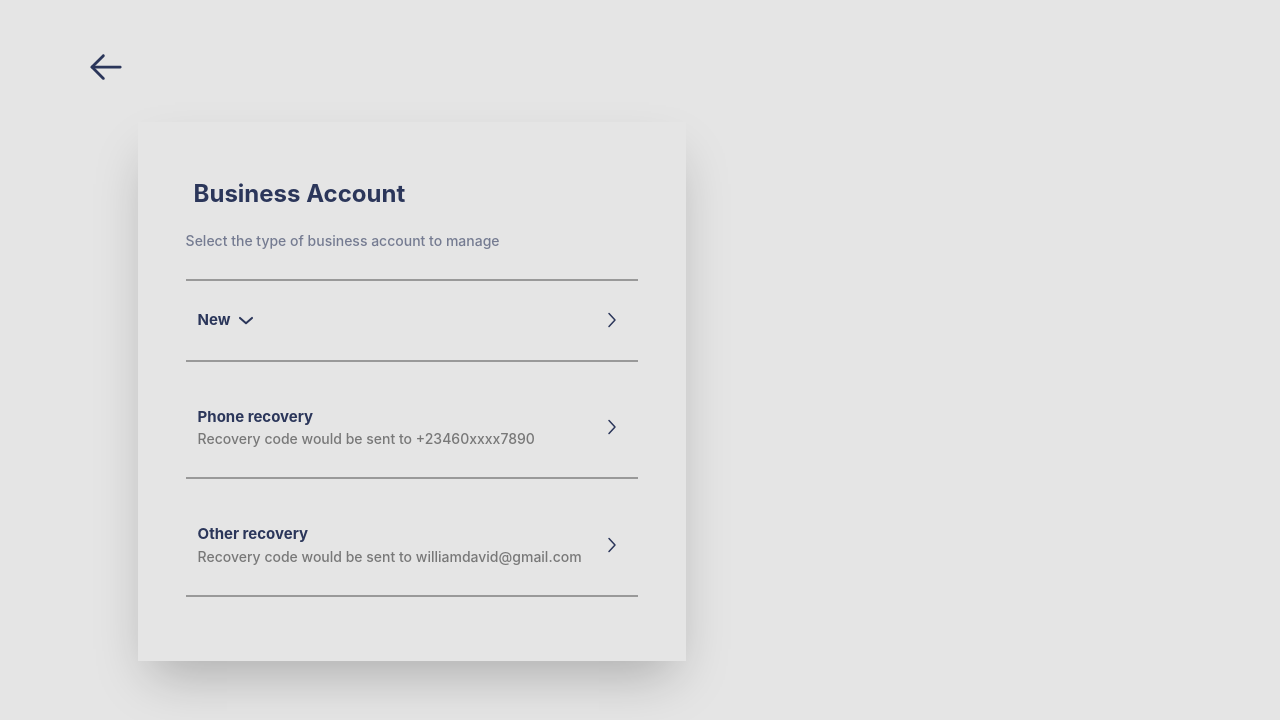
Repository: Osomhe1/findme_task
Page: /account
These files come from the project's save history. The page is drawn as it stood at one moment and after the next save; the edit follows.
The browser window is 1280 px wide. The pictures show the whole page.
The project was rebuilt for these pictures with package versions that can differ from the ones it lists, and the page was loaded fresh each time. Also part of the build but not shown: src/component/Clip.css, src/component/Logo.js, src/component/Drag.js, src/component/Memories.js, src/component/Publish.js, src/component/Insight.js, src/component/User.js, src/component/Clip.js and 20 more.

Above is the page before, as saved 2023-04-10 09:22:11.

### src/index.css
body {
  margin: 0;
  font-family: Mulish, -apple-system, BlinkMacSystemFont, 'Segoe UI', 'Roboto', 'Oxygen',
    'Ubuntu', 'Cantarell', 'Fira Sans', 'Droid Sans', 'Helvetica Neue',
    sans-serif;
  -webkit-font-smoothing: antialiased;
  -moz-osx-font-smoothing: grayscale;
  background-color: #E5E5E5;
}

code {
  font-family: source-code-pro, Menlo, Monaco, Consolas, 'Courier New',
    monospace;
}

.category_wrapper::-webkit-scrollbar { display: none;}
/* Hide scrollbar for IE, Edge and Firefox /.category_wrapper { -ms-overflow-style: none; / IE and Edge / scrollbar-width: none; / Firefox } */

/* @tailwind base;
@tailwind components;
@tailwind utilities; */
@tailwind base;
@tailwind components;
@tailwind utilities;



/* @import "tailwindcss/base";
@import "tailwindcss/components";
@import "tailwindcss/utilities"; */

### src/App.js
import Home from './component/Home';
import 'tailwindcss/tailwind.css'
import GetStarted from './component/GetStarted';
import {BrowserRouter, Route, Routes} from 'react-router-dom'
import SignUp from './component/auth/SignUp';
import Login from './component/auth/Login';
import Recovery from './component/auth/Recovery'
import PhoneRecovery from './component/auth/PhoneRecovery';
import EmailRecovery from './component/auth/EmailRecovery';
import ForgetPassword from './component/auth/ForgetPassword';
import EmailRecoveryOtp from './component/auth/EmailRecoveryOtp';
import NewPassword from './component/auth/NewPassword';
import Verify from './component/auth/Verification';
import Success from './component/auth/Success';
import Interest from './component/pages/Interest';
import SettingUp from './component/pages/SettingUp';
import Account from './component/pages/Account';


function App() {
  return (
    <div className="App">
      {/* <Home /> */}
      <BrowserRouter>
        <Routes>
          <Route path="/" element={<GetStarted />} />
          <Route path="/dashboard" element={<Home />} />
          <Route path="/signup" element={<SignUp />} />
          <Route path="/login" element={<Login />} />
          <Route path="/recovery" element={<Recovery />} />
          <Route path="/phone-recovery" element={<PhoneRecovery />} />
          <Route path="/email-recovery" element={<EmailRecovery />} />
          <Route path="/email-recovery-otp" element={<EmailRecoveryOtp />} />
          <Route path="/new-password" element={<NewPassword />} />
          <Route path="/verify" element={<Verify />} />
          <Route path="/success" element={<Success />} />
          <Route path="/forget-password" element={<ForgetPassword />} />
          <Route path="/interest" element={<Interest />} />
          <Route path="/setting-up" element={<SettingUp />} />
          <Route path="/account" element={<Account />} />
        </Routes>
      </BrowserRouter>
    </div>
  )
}

export default App;

### src/component/pages/Account.js
import { Link } from 'react-router-dom'

export default function Account() {
  return (
    <div>
      <section className="p-3">
        <div className=" px-8 md:p-8 md:mx-10  ">
          <Link to="/">
            <svg
              width="46"
              height="46"
              viewBox="0 0 46 46"
              fill="none"
              xmlns="http://www.w3.org/2000/svg"
            >
              <path
                d="M37.6064 23.0769C37.6064 23.7909 37.0759 24.3809 36.3876 24.4743L36.1962 24.4871L7.99226 24.4871C7.21342 24.4871 6.58206 23.8558 6.58206 23.0769C6.58206 22.363 7.11258 21.773 7.8009 21.6796L7.99226 21.6667L36.1962 21.6667C36.9751 21.6667 37.6064 22.2981 37.6064 23.0769Z"
                fill="#2B365A"
              />
              <path
                d="M20.3622 33.4061C20.9141 33.9556 20.916 34.8485 20.3665 35.4004C19.8669 35.9021 19.0835 35.9493 18.5306 35.5409L18.3721 35.4047L6.99652 24.078C6.4933 23.5769 6.44752 22.7907 6.85921 22.2378L6.99644 22.0794L18.372 10.7508C18.9239 10.2012 19.8168 10.2031 20.3664 10.7549C20.866 11.2566 20.9099 12.0402 20.4991 12.5914L20.3622 12.7493L9.99063 23.0792L20.3622 33.4061Z"
                fill="#2B365A"
              />
            </svg>
          </Link>
        </div>
        <div className="flex flex-wrap justify-between gap-2 items-center md:w-[80%] m-auto ">
          <div className="md:shadow-2xl text-cente md:p-12 w-ful   lg:block  pb-20 ">
            <div className=" text-cente ">
              <h1 className="text-[#2B365A] font-bold text-2xl p-2 ">
                Business Account
              </h1>
              <p className="font-medium text-[14px] text-[#2B365A] py-3 opacity-60 ">
                Select the type of business account to manage
              </p>
            </div>

            <div className="">
              <div className="flex gap-4 items-center justify-between w-full border-[#999999] p-3 my-4 border-b-2 border-t-2 ">
                <Link to="/email-recovery">
                  <div className="py-4 flex gap-2 items-center">
                    <h1 className="text-[#2B365A] font-bold text-[15px] ">
                      New
                    </h1>
                    <div className="">
                      <svg
                        width="14"
                        height="9"
                        viewBox="0 0 14 9"
                        fill="none"
                        xmlns="http://www.w3.org/2000/svg"
                      >
                        <path
                          d="M1 1.92578L7 7.25346L13 1.92578"
                          stroke="#2B365A"
                          stroke-width="2"
                          stroke-linecap="round"
                          stroke-linejoin="round"
                        />
                      </svg>
                    </div>
                    {/* <p className="text-[#787878] text-[14px] font-medium ">
                      Recovery code would be sent to williamdavid@gmail.com
                    </p> */}
                  </div>
                </Link>
                <div className="">
                  <svg
                    width="28"
                    height="30"
                    viewBox="0 0 28 30"
                    fill="none"
                    xmlns="http://www.w3.org/2000/svg"
                  >
                    <path
                      d="M11 21.4284L17 14.9999L11 8.57129"
                      stroke="#2B365A"
                      stroke-width="1.5"
                      stroke-linecap="round"
                      stroke-linejoin="round"
                    />
                  </svg>
                </div>
              </div>
              <div className="flex gap-4 items-center justify-between w-full border-[#999999] p-3 my-4 border-b-2  ">
                <Link to="/phone-recovery">
                  <div className="py-4">
                    <h1 className="text-[#2B365A] font-bold text-[15px] ">
                      Phone recovery
                    </h1>
                    <p className="text-[#787878] text-[14px] font-medium ">
                      Recovery code would be sent to +23460xxxx7890
                    </p>
                  </div>
                </Link>
                <div className="">
                  <svg
                    width="28"
                    height="30"
                    viewBox="0 0 28 30"
                    fill="none"
                    xmlns="http://www.w3.org/2000/svg"
                  >
                    <path
                      d="M11 21.4284L17 14.9999L11 8.57129"
                      stroke="#2B365A"
                      stroke-width="1.5"
                      stroke-linecap="round"
                      stroke-linejoin="round"
                    />
                  </svg>
                </div>
              </div>
              <div className="flex gap-4 items-center justify-between w-full border-[#999999] p-3 my-4 border-b-2  ">
                <div className="py-4">
                  <h1 className="text-[#2B365A] font-bold text-[15px] ">
                    Other recovery
                  </h1>
                  <p className="text-[#787878] text-[14px] font-medium ">
                    Recovery code would be sent to williamdavid@gmail.com
                  </p>
                </div>
                <div className="">
                  <svg
                    width="28"
                    height="30"
                    viewBox="0 0 28 30"
                    fill="none"
                    xmlns="http://www.w3.org/2000/svg"
                  >
                    <path
                      d="M11 21.4284L17 14.9999L11 8.57129"
                      stroke="#2B365A"
                      stroke-width="1.5"
                      stroke-linecap="round"
                      stroke-linejoin="round"
                    />
                  </svg>
                </div>
              </div>
            </div>
          </div>

          <div className="  w-full md:max-w-[500px]   "></div>
        </div>
      </section>
    </div>
  )
}

### src/component/usePagination .js
import { useMemo } from "react"

export const DOTS = (
  <svg
    width="13"
    height="13"
    viewBox="0 0 13 13"
    fill="none"
    xmlns="http://www.w3.org/2000/svg"
  >
    <circle
      cx="6.14991"
      cy="6.14991"
      r="6.14991"
      transform="matrix(1 0 0 -1 0.339844 12.2998)"
      fill="#C4C4C4"
    />
  </svg>
)

export const ActiveDots = <svg width="13" height="13" viewBox="0 0 13 13" fill="none" xmlns="http://www.w3.org/2000/svg">
<circle cx="6.14991" cy="6.14991" r="6.14991" transform="matrix(1 0 0 -1 0 12.2998)" fill="#2B365A"/>
</svg>



export const usePagination = ({ totalCount, pageSize, currentPage, siblingCount=1, }) => {
     const paginationRange = useMemo(() => {
       // Our implementation logic will go here
       const totalPageCount = Math.ceil(totalCount / pageSize)

        const range = (start, end) => {
          let length = end - start + 1
          /*
  	Create an array of certain length and set the elements within it from
    start value to end value.
  */
          return Array.from({ length }, (_, idx) => idx + start)
        }

       // Pages count is determined as siblingCount + firstPage + lastPage + currentPage + 2*DOTS
       const totalPageNumbers = siblingCount + 5

       /*
      Case 1:
      If the number of pages is less than the page numbers we want to show in our
      paginationComponent, we return the range [1..totalPageCount]
    */
       if (totalPageNumbers >= totalPageCount) {
         return range(1, totalPageCount)
       }

       /*
    	Calculate left and right sibling index and make sure they are within range 1 and totalPageCount
    */
       const leftSiblingIndex = Math.max(currentPage - siblingCount, 1)
       const rightSiblingIndex = Math.min(
         currentPage + siblingCount,
         totalPageCount
       )

       /*
      We do not show dots just when there is just one page number to be inserted between the extremes of sibling and the page limits i.e 1 and totalPageCount. Hence we are using leftSiblingIndex > 2 and rightSiblingIndex < totalPageCount - 2
    */
       const shouldShowLeftDots = leftSiblingIndex > 2
       const shouldShowRightDots = rightSiblingIndex < totalPageCount - 2

       const firstPageIndex = 1
       const lastPageIndex = totalPageCount

       /*
    	Case 2: No left dots to show, but rights dots to be shown
    */
       if (!shouldShowLeftDots && shouldShowRightDots) {
         let leftItemCount = 3 + 2 * siblingCount
         let leftRange = range(1, leftItemCount)

         return [...leftRange, DOTS, totalPageCount]
       }

       /*
    	Case 3: No right dots to show, but left dots to be shown
    */
       if (shouldShowLeftDots && !shouldShowRightDots) {
         let rightItemCount = 3 + 2 * siblingCount
         let rightRange = range(
           totalPageCount - rightItemCount + 1,
           totalPageCount
         )
         return [firstPageIndex, DOTS, ...rightRange]
       }

       /*
    	Case 4: Both left and right dots to be shown
    */
       if (shouldShowLeftDots && shouldShowRightDots) {
         let middleRange = range(leftSiblingIndex, rightSiblingIndex)
         return [firstPageIndex, DOTS, ...middleRange, DOTS, lastPageIndex]
       }


     }, [totalCount, pageSize, siblingCount, currentPage])


     return paginationRange
}

Loaded but not shown: public/index.html (common file); src/index.js (common file); src/reportWebVitals.js (common file); tailwind.config.js (common file)

After the next save:
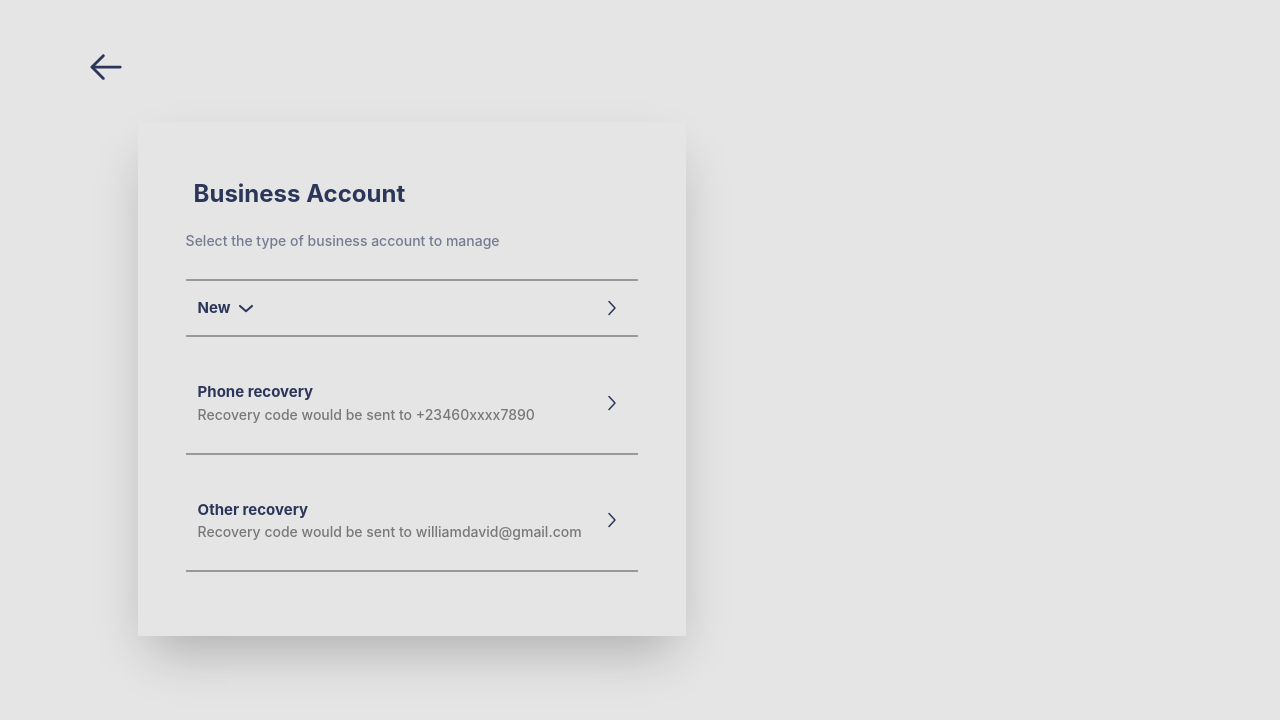
Saved 17 s later.
--- a/src/component/pages/Account.js
+++ b/src/component/pages/Account.js
@@ -38,7 +38,7 @@ export default function Account() {
             <div className="">
               <div className="flex gap-4 items-center justify-between w-full border-[#999999] p-3 my-4 border-b-2 border-t-2 ">
                 <Link to="/email-recovery">
-                  <div className="py-4 flex gap-2 items-center">
+                  <div className=" flex gap-2 items-center">
                     <h1 className="text-[#2B365A] font-bold text-[15px] ">
                       New
                     </h1>
